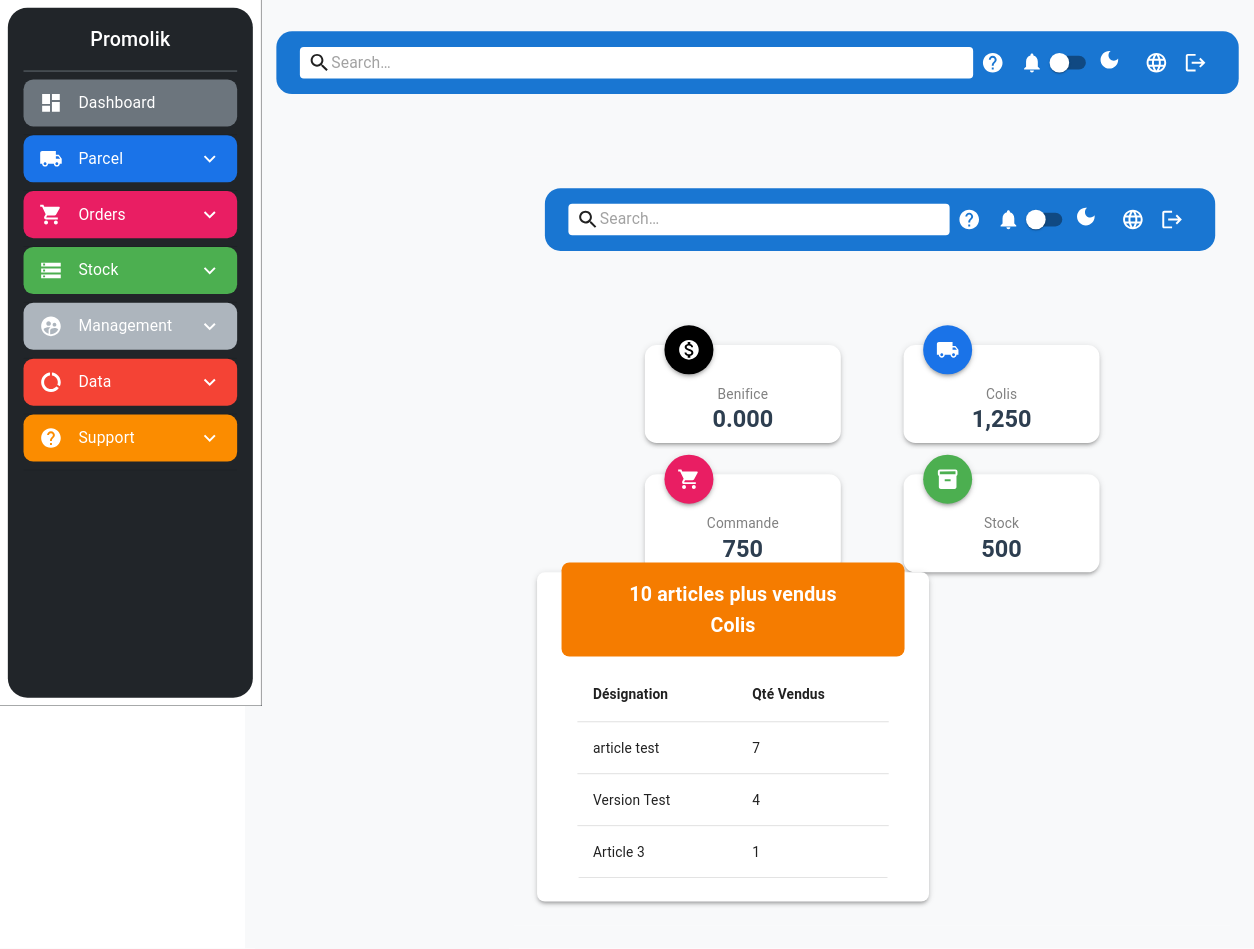
Repository: yosrjdly/stk
Page: /dashboard (app in dashboard/)
An editor plug-in stored every save of this project. The page is shown before and after the next save, followed by the edit.
The browser window is 1280 px wide. The pictures show the whole page, at 98% of full size.
The project was rebuilt for these pictures with package versions that can differ from the ones it lists, and the page was loaded fresh each time. The framework's server and built-in components were replaced by stand-ins that run in the browser. Also part of the build but not shown: dashboard/next.config.ts.

Above is the page before, as saved 2025-02-14 18:26:04.

After the next save:
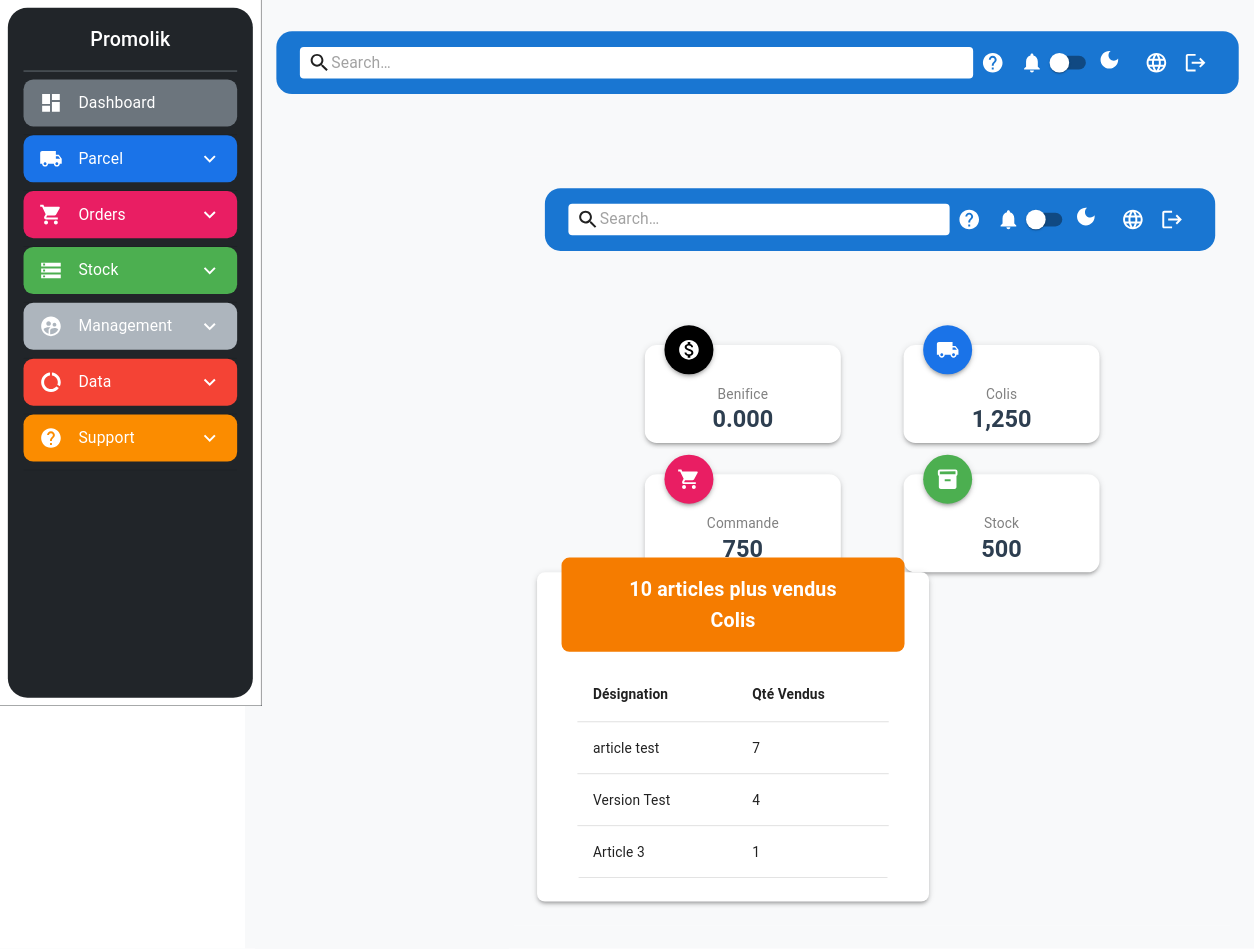
Saved 25 s later.
--- a/dashboard/src/componenets/cards/mediumCard/TopSellingCard.tsx
+++ b/dashboard/src/componenets/cards/mediumCard/TopSellingCard.tsx
@@ -11,7 +11,7 @@ const data = [
 const TopSellingCard = () => {
   return (
     <Card sx={{ width: 400, borderRadius: 2, boxShadow: 3, overflow: "visible", display: "flex", flexDirection: "column", alignItems: "center", justifyContent: "center", position: "relative" }}>
-      <CardContent sx={{ backgroundColor: "#f57c00", color: "white", textAlign: "center", padding: 2, width: 350, position: "absolute", top: -10,borderRadius: 2 }}>
+      <CardContent sx={{ backgroundColor: "#f57c00", color: "white", textAlign: "center", padding: 2, width: 350, position: "absolute", top: -15,borderRadius: 2 }}>
         <Typography variant="h6" fontWeight="bold">
           10 articles plus vendus
         </Typography>
